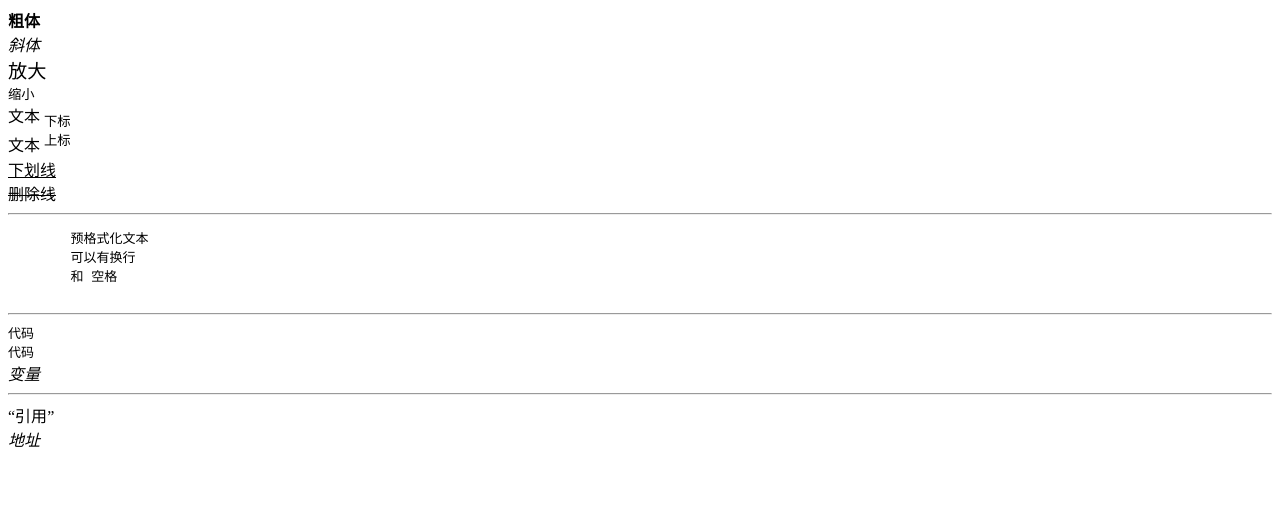
Repository: weizhang05g/learninghtml
Page: 文本格式化.html
These files come from the project's save history. The page is drawn as it stood at one moment and after the next save; the edit follows.
The browser window is 1280 px wide. The pictures show the whole page.

Above is the page before, as saved 2019-12-19 09:35:29.

### 文本格式化.html
<!DOCTYPE html>
<html lang="en">
<head>
    <meta charset="UTF-8">
    <meta name="viewport" content="width=device-width, initial-scale=1.0">
    <meta http-equiv="X-UA-Compatible" content="ie=edge">
    <title>Document</title>
</head>
<body>
    <strong>粗体</strong> <br>
    <em>斜体</em> <br>
    <big>放大</big> <br>
    <small>缩小</small> <br>
    文本 <sub>下标</sub> <br>
    文本 <sup>上标</sup> <br>
    <ins>下划线</ins> <br>
    <del>删除线</del> <br>

    <hr>
    <pre>
        预格式化文本
        可以有换行
        和 空格
    </pre>

    <hr>
    <code>代码</code> <br>
    <samp>代码</samp> <br>
    <var>变量</var>

    <hr>
    <q>引用</q>
    <address>地址</address>
</body>
</html>

After the next save:
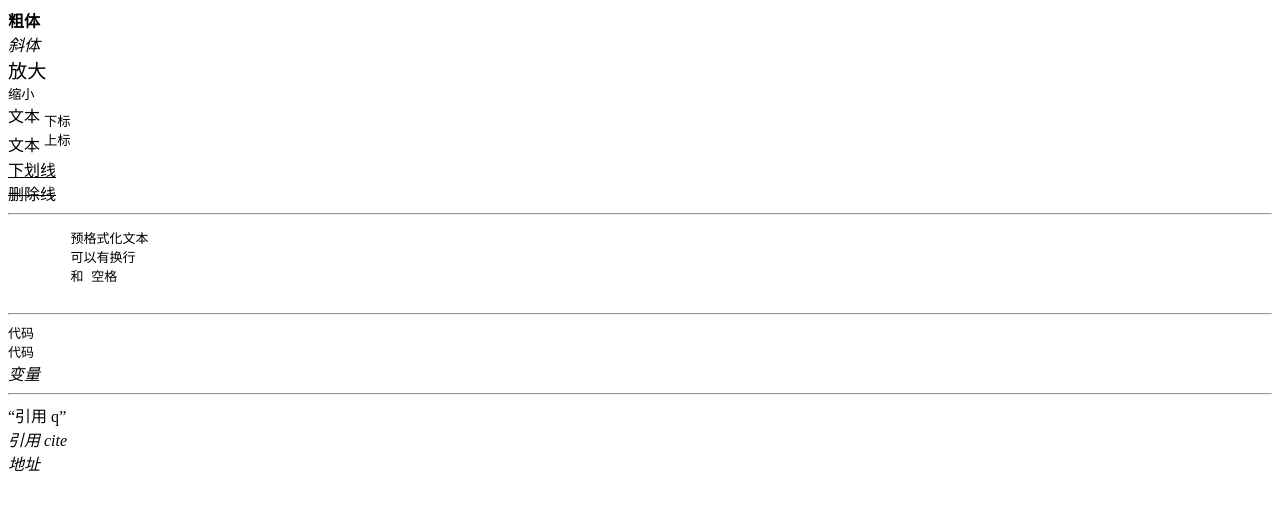
Saved 42 s later.
--- a/文本格式化.html
+++ b/文本格式化.html
@@ -29,7 +29,8 @@
     <var>变量</var>
 
     <hr>
-    <q>引用</q>
+    <q>引用 q</q> <br>
+    <cite>引用 cite</cite>
     <address>地址</address>
 </body>
 </html>
